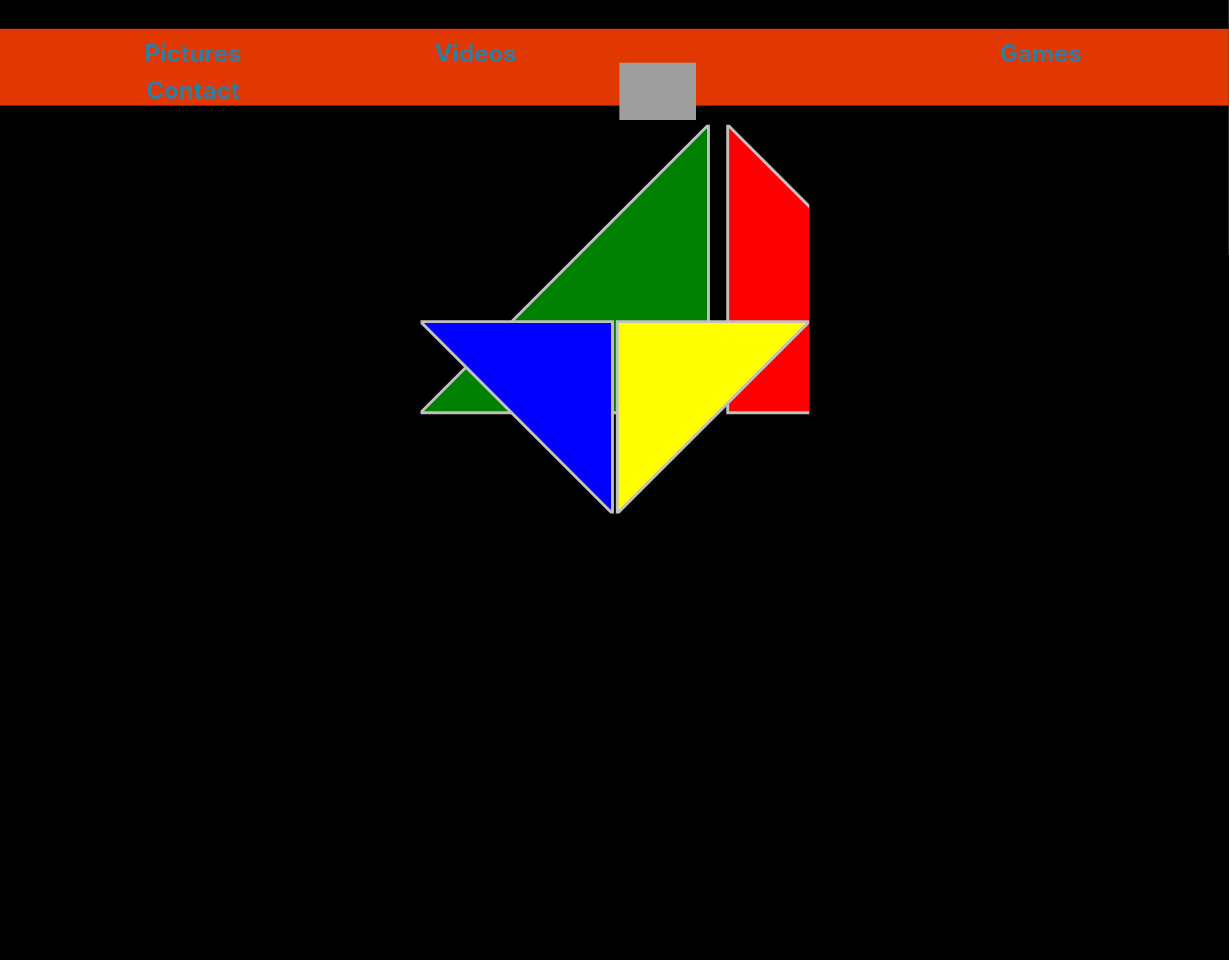
Repository: marty-wickham/2nd-milestone-project
Page: index.html
The author's editor kept a record of every edit. The page is drawn from the files as they stood at one moment, then again after the next edit.
The browser window is 1280 px wide. The pictures show the whole page, at 96% of full size.
Pictures or frames that could not be fetched are drawn as grey boxes.

Above is the page before.

### index.html
<!DOCTYPE html>
<html lang="en">

<head>
    <meta charset="UTF-8">
    <meta name="viewport" content="width=device-width, initial-scale=1.0">
    <meta http-equiv="X-UA-Compatible" content="ie=edge">
    <title>2nd Milestone Project</title>

    <!-- css and js links -->
    <link rel="stylesheet" href="https://stackpath.bootstrapcdn.com/bootstrap/4.3.1/css/bootstrap.min.css" integrity="sha384-ggOyR0iXCbMQv3Xipma34MD+dH/1fQ784/j6cY/iJTQUOhcWr7x9JvoRxT2MZw1T" crossorigin="anonymous">
    <link rel="stylesheet" href="assets/css/style.css" type="text/css" />
</head>

<body>
    <div class="page-container">
        <div class="navbar">
            <ul class="nav-list">
                <li class="nav-item"><a href="">Pictures</a></li>
                <li class="nav-item"><a href="">Videos</a></li>
                <li class="nav-item">
                    <div class="logo">
                        <img src="https://thumbs.dreamstime.com/z/simple-image-triangle-motif-logo-simple-easy-cool-logo-best-your-business-simple-logo-triangle-red-113714424.jpg" alt="logo"></img>
                    </div>
                </li>
                <li class="nav-item"><a href="">Games</a></li>
                <li class="nav-item"><a href="#">Contact</a></li>
            </ul>
        </div>
        <div class="section simon-game">
            <div class="animate">
                <svg height="405" width="405">
                  <polygon points="0,300 300,300, 300,0" style="fill:green;stroke:silver;stroke-width:3" id="one" />
                  <polygon points="320,300 320,0, 620,300" style="fill:red;stroke:silver;stroke-width:3" id="two" />
                  <polygon points="0,205 200,205, 200,405" style="fill:blue;stroke:silver;stroke-width:3" id="three" />
                  <polygon points="205,205 405,205, 205,405" style="fill:yellow;stroke:silver;stroke-width:3" id="four" />
                </svg>
            </div>
        </div>

        <div class="section svg">

        </div>
        <div class="section">

        </div>
        <div class="section">

        </div>
    </div>
</body>

</html>

### assets/css/style.css
.page-container {
    height: 1000px;
    background-color: black;
}

.navbar {
    widtl: 100%;
    height: 80px;
    background-color: #E13700;
    position: relative;
    top: 30px;
}

.nav-list {
    width: 100%;
}

.nav-item {
    display: inline-block;
    font-weight: bold;
    font-size: 25px;
    width: 24%;
    text-align: center;

}

.logo {
    height: 80px;
    width: 80px;
    position: absolute;
    margin: 0 auto;
}

img {
    max-width: 100%;
    max-height: 100%;
}

.nav-item a {
    text-decoration: none;
    color: #337CA0;
}

/*-------------------------------------- Simon Game -------------------*/

.simon-game {
    width: 100%;
    height: 500px;
    margin-top: 50px;
}

.animate {
    width: 405px;
    margin: 0 auto;
}

After the next edit:
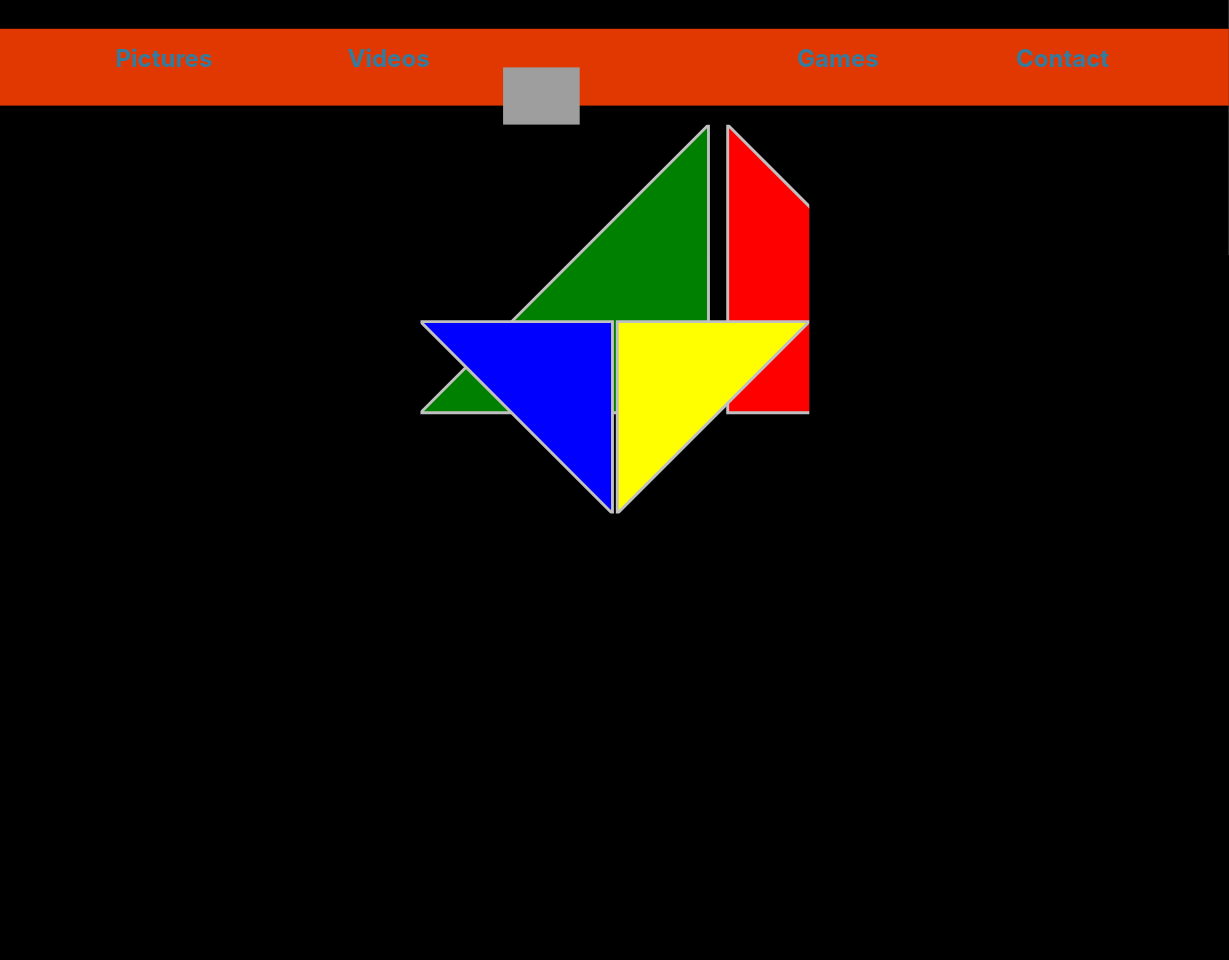
The edit:
--- a/assets/css/style.css
+++ b/assets/css/style.css
@@ -19,9 +19,8 @@
     display: inline-block;
     font-weight: bold;
     font-size: 25px;
-    width: 24%;
+    width: 19%;
     text-align: center;
-
 }
 
 .logo {
